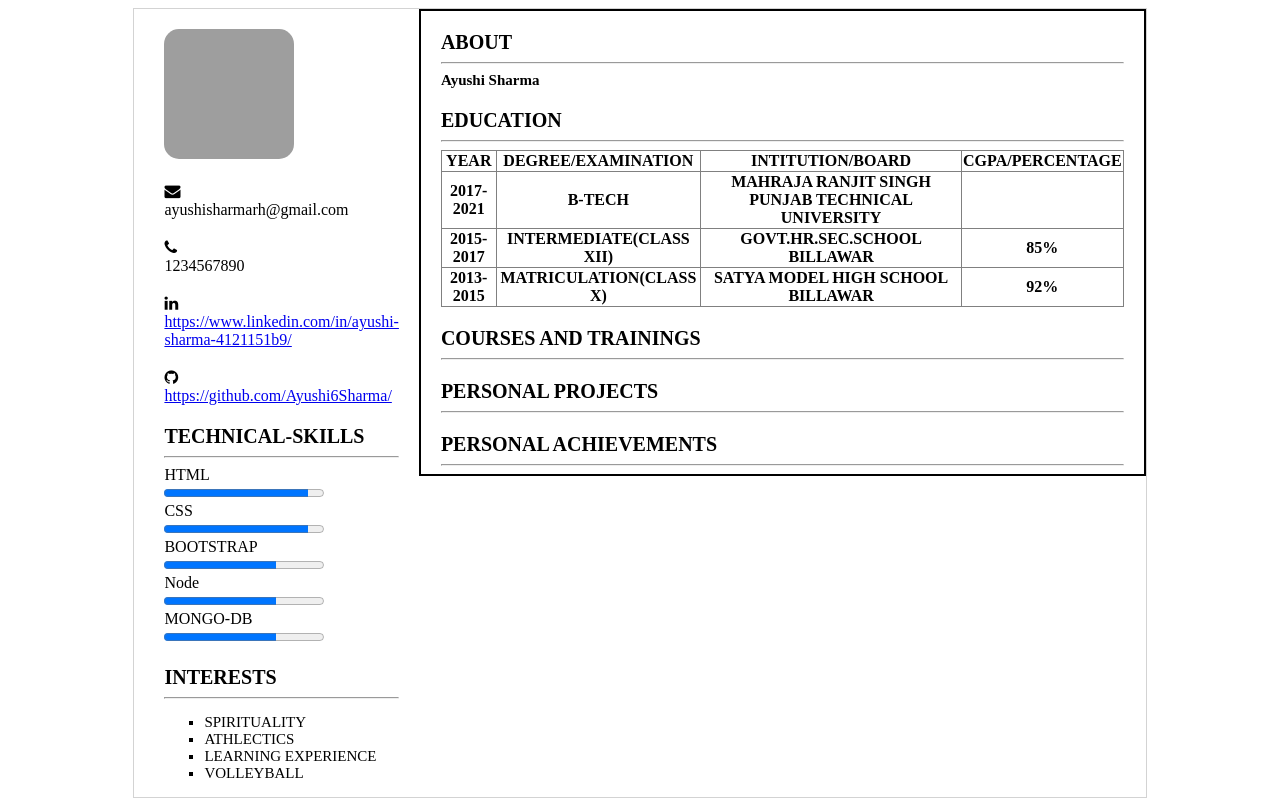
Repository: Ayushi6Sharma/Resume
Page: index.html
The author's editor kept a copy of each file at every save. The page is drawn from the files as they stood at one save, then again after the next save.
The browser window is 1280 px wide. The pictures show the whole page.
Pictures or frames that could not be fetched are drawn as grey boxes.

Above is the page before, as saved 2022-05-04 11:48:04.

### index.html
<!DOCTYPE html>
<html lang="en">
    <head>
        <meta charset="utf-8">
        <meta http-equiv="X-UA-Compatible" content="IE=edge">
        <meta name="viewport" content="width=device-width, initial-scale=1">
        <meta name="description" content="Responsive resume for companies">
        <meta name="author" content="Ayushi Sharma">
        <div class="profile-linkedin"></div>
        <link rel="stylesheet" href="style.css">
        <!-- <link rel="stylesheet" href="https://cdn.jsdelivr.net/npm/@fortawesome/fontawesome-free@5.15.4/css/fontawesome.min.css" integrity="sha384-jLKHWM3JRmfMU0A5x5AkjWkw/EYfGUAGagvnfryNV3F9VqM98XiIH7VBGVoxVSc7" crossorigin="anonymous"> -->
        <!-- <link href="https://cdnjs.cloudflare.com/ajax/libs/font-awesome/5.13.0/css/all.min.css" rel="stylesheet"> -->
        <link rel="stylesheet" href="https://stackpath.bootstrapcdn.com/font-awesome/4.7.0/css/font-awesome.min.css" integrity="sha384-wvfXpqpZZVQGK6TAh5PVlGOfQNHSoD2xbE+QkPxCAFlNEevoEH3Sl0sibVcOQVnN" crossorigin="anonymous">
        <title>Resume</title>
    </head>
    <body>
        <main class="main-content" contenteditable="false">
            <section>
                <div class="left-main-content">
                    <!-- Profile data -->
                    <div class="profile-data">
                        <div class="profile-image">
                           <img src="https://d3dyfaf3iutrxo.cloudfront.net/thumbnail/user/6c8447b7ed274991ae4f61d43667a32b.jpeg" class="img">
                        </div>
                        <div class="profile-email">
                            <div class="email-icon">
                                <i class="fa fa-envelope"></i>
                            </div>
                            <div class="email-address">
                                ayushisharmarh@gmail.com
                            </div>
                        </div>
                        <div class="profile-contact">
                            <div class="phone-icon">
                                <i class="fa fa-phone"></i>
                            </div>
                            <div class="phone-number">
                                1234567890
                            </div>
                        </div>
                        <div class="profile-linkedin">
                            <div class="linkedid-icon">
                                <i class="fa fa-linkedin"></i>
                            </div>
                            <div class="linkedin-account">
                                <a href="https://www.linkedin.com/in/ayushi-sharma-4121151b9/">https://www.linkedin.com/in/ayushi-sharma-4121151b9/</a>
                            </div>
                        </div>
                        <div class="profile-github">
                            <div class="github-icon">
                                <i class="fa fa-github"></i>
                            </div>
                            <div class="github account-account">
                               <a href="https://github.com/Ayushi6Sharma/">https://github.com/Ayushi6Sharma/</a>
                            </div>
                        </div>
                    </div>
                    <!-- Technical Skills -->
                    <div class="technical-skills">
                        <div class="title">
                            TECHNICAL-SKILLS
                        </div>
                        <hr>
                        <div class="skills">
                            <div class="skill-item">
                                HTML
                            </div>
                            <div class="skill-knowledge">
                                <progress value="90" max="100" class="bar"></progress>
                            </div>
                        </div>
                        <div class="skills">
                            <div class="skill-item">
                                CSS
                            </div>
                            <div class="skill-knowledge">
                                <progress value="90" max="100" class="bar"></progress>
                            </div>
                        </div>
                        <div class="skills">
                            <div class="skill-item">
                                BOOTSTRAP
                            </div>
                            <div class="skill-knowledge">
                                <progress value="70" max="100" class="bar"></progress>
                            </div>
                        </div>
                        <div class="skills">
                            <div class="skill-item">
                                Node
                            </div>
                            <div class="skill-knowledge">
                                <progress value="70" max="100" class="bar"></progress>
                            </div>
                        </div>
                        <div class="skills">
                            <div class="skill-item">
                                MONGO-DB
                            </div>
                            <div class="skill-knowledge">
                                <progress value="70" max="100" class="bar"></progress>
                            </div>
                        </div>
                    </div>
                    <!-- Interests -->
                    <div class="Interests">
                        <div class="title">
                            INTERESTS
                        </div>
                        <hr>
                        <ol class="interest-items">
                            <li>SPIRITUALITY</li>
                            <li>ATHLECTICS</li>
                            <li>LEARNING EXPERIENCE</li>
                            <li>VOLLEYBALL</li>
                        </ol>

                    </div>

                </div>

            </section>
            <section>
                <div class="right-main-content">
                     <div class="about">
                        <div class="title">
                            ABOUT
                        </div>
                        <hr>
                         <div class="name">Ayushi Sharma</div>
                         <div class="details">

                         </div>
                     </div>
                     <div class="education">
                         <div class="title">
                             EDUCATION
                         </div>
                         <hr>
                         <div class="eduction-table">
                             <table>
                                 <thead>
                                     <tr>
                                         <th>YEAR</th>
                                         <th>DEGREE/EXAMINATION</th>
                                         <th>INTITUTION/BOARD</th>
                                         <th>CGPA/PERCENTAGE</th>
                                     </tr>
                                 </thead>
                                 <tr>
                                     <td>
                                         2017-2021
                                     </td>
                                     <td>
                                        B-TECH
                                     </td>
                                     <td>MAHRAJA RANJIT SINGH PUNJAB TECHNICAL UNIVERSITY</td>
                                     <td></td>
                                 </tr>
                                 <tr>
                                    <td>
                                        2015-2017
                                    </td>
                                    <td>
                                       INTERMEDIATE(CLASS XII)
                                    </td>
                                    <td>GOVT.HR.SEC.SCHOOL BILLAWAR</td>
                                    <td>
                                        85%
                                    </td>
                                </tr>
                                <tr>
                                    <td>
                                        2013-2015
                                    </td>
                                    <td>
                                       MATRICULATION(CLASS X)
                                    </td>
                                    <td>SATYA MODEL HIGH SCHOOL BILLAWAR</td>
                                    <td>
                                        92%
                                    </td>
                                </tr>
                             </table>
                         </div>
                     </div>
                     <div class="courses-and-trainings">
                         <div class="title">COURSES AND TRAININGS</div>
                         <hr>
                     </div>
                     <div class="personal-projects">
                        <div class="title">
                            PERSONAL PROJECTS
                        </div>
                        <hr>
                     </div>
                     <div class="personal-achievements">
                        <div class="title">
                            PERSONAL ACHIEVEMENTS
                        </div>
                        <hr>
                     </div>

                </div>
            </section>
        </main>
    </body>
</html>

### style.css

.main-content
{
    display: grid;
    grid-template-columns:1fr 3fr;
    width:80%;
    margin: auto;
    border:1px solid lightgrey;
}
.left-main-content
 {
     /* grid-column: span 1; */
    /* border:2px solid black; */
    padding-left: 30px;
    padding-right: 20px;
}
.right-main-content
{
    /* grid-column: span 1/span 2; */
    border: 2px solid black;
    padding-left:20px;
    padding-right: 20px;
}
.profile-data > div{
    margin-top: 20px;
}
/* profile data */
.img
{
    width:130px;
    height:130px;
    border-radius:15px;
}
/* technical skills */
.title{
    margin-top: 20px;
    font-weight: bold;
    font-size: 20px;
    /* color:red; */
}
/* progress{
    color: aquamarine;
} */
/* .bar
{
    border-radius:0px;
    background-color: aqua;
} */
/* Interest */
.interest-items{
    list-style-type: square;
    font-size: 15px;
}
/* Right main content */
.name
{
    font-weight:bold;
    font-size:15px;
}
/* EDUCTAION */
table,th,td
{
    border:1px solid grey;
    border-collapse: collapse;
    text-align: center;
}
th{
    font-weight: 900;
}
td{
    font-weight: 700;
}

@media only screen and (max-width:600px)
{   .main-content
    {
        grid-template-columns:repeat(1,1fr);
        width:100%;
        /* text-align: center; */
    }
    .title
    {
        font-size: 15px;;
    }
    table
    {
        font-size: 10px;
    }
}

After the next save:
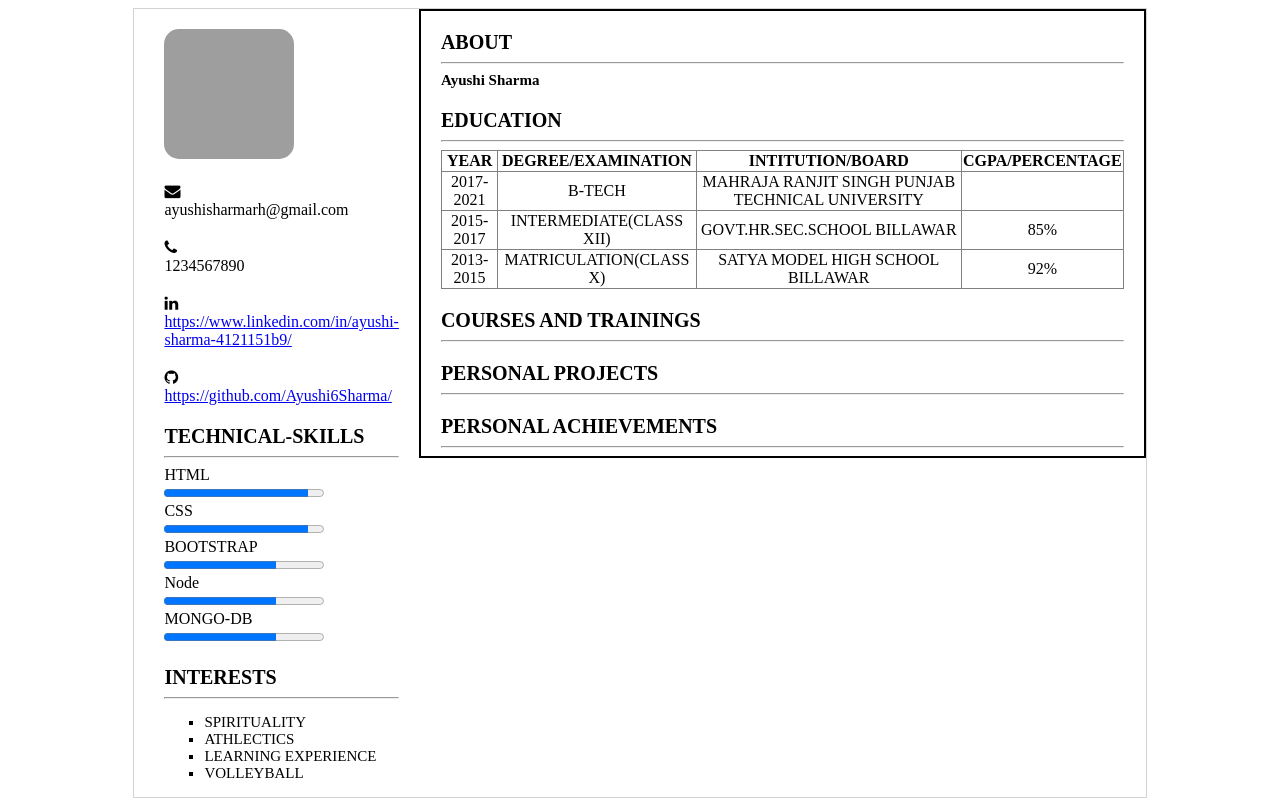
Saved 10 s later.
--- a/style.css
+++ b/style.css
@@ -64,12 +64,6 @@ table,th,td
     border-collapse: collapse;
     text-align: center;
 }
-th{
-    font-weight: 900;
-}
-td{
-    font-weight: 700;
-}
 
 @media only screen and (max-width:600px)
 {   .main-content
